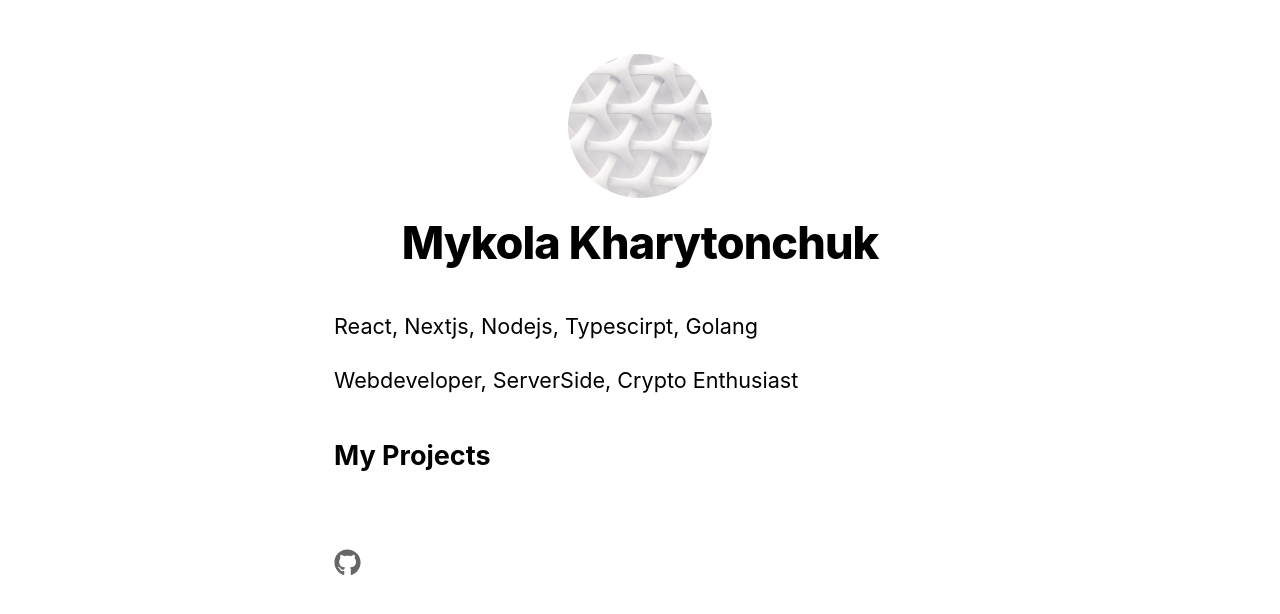
Repository: Mooninghnk/resume
Page: /
The author's editor kept a copy of each file at every save. The page is drawn from the files as they stood at one save, then again after the next save.
The browser window is 1280 px wide. The pictures show the whole page.
The project was rebuilt for these pictures with package versions that can differ from the ones it lists, and the page was loaded fresh each time. The framework's server and built-in components were replaced by stand-ins that run in the browser.

Above is the page before, as saved 2021-12-29 20:17:54.

### pages/_app.tsx
import '../styles/global.css'

import { AppProps } from 'next/app'

function App({ Component, pageProps }: AppProps) {
  return <Component {...pageProps} />
}

export default App

### pages/index.tsx
import Head from 'next/head'
import Layout from '../components/layout'
import utilStyles from '../styles/utils.module.css'

import {FaGithub } from 'react-icons/fa';
export default function Home({ allPostsData }) {
  return (
    <Layout home>
      <Head>
        <title>{"resume"}</title>
      </Head>
      <section className={utilStyles.headingMd}>
        <p>React, Nextjs, Nodejs, Typescirpt, Golang</p>
        <p>
         Webdeveloper, ServerSide, Crypto Enthusiast{' '}

        </p>
      </section>
      <section className={`${utilStyles.headingMd} ${utilStyles.padding1px}`}>
        <h2 className={utilStyles.headingLg}>My Projects</h2>
        <ul className={utilStyles.list}>

            <li className={utilStyles.listItem} >

              <br />
              <small className={utilStyles.lightText}>
              <h1><FaGithub /> </h1>
              </small>
            </li>

        </ul>
      </section>
    </Layout>
  )
}

### components/layout.tsx
import Head from 'next/head'
import Image from 'next/image'
import styles from './layout.module.css'
import utilStyles from '../styles/utils.module.css'
import Link from 'next/link'

const name = '[Your Name]'
export const siteTitle = 'Next.js Sample Website'

export default function Layout({ children, home }) {
  return (
    <div className={styles.container}>
      <Head>
        <link rel="icon" href="/favicon.ico" />
        <meta
          name="description"
          content="Learn how to build a personal website using Next.js"
        />
        <meta
          property="og:image"
          content={`https://og-image.vercel.app/${encodeURI(
            siteTitle
          )}.png?theme=light&md=0&fontSize=75px&images=https%3A%2F%2Fassets.zeit.co%2Fimage%2Fupload%2Ffront%2Fassets%2Fdesign%2Fnextjs-black-logo.svg`}
        />
        <meta name="og:title" content={siteTitle} />
        <meta name="twitter:card" content="summary_large_image" />
      </Head>
      <header className={styles.header}>
        {home ? (
          <>
            <Image
              priority
              src="/images/profile.jpg"
              className={utilStyles.borderCircle}
              height={144}
              width={144}
              alt={name}
            />
            <h1 className={utilStyles.heading2Xl}>{"Mykola Kharytonchuk"}</h1>
          </>
        ) : (
          <>
            <Link href="/">
              <a>
                <Image
                  priority
                  src="/images/profile.jpg"
                  className={utilStyles.borderCircle}
                  height={108}
                  width={108}
                  alt={name}
                />
              </a>
            </Link>
            <h2 className={utilStyles.headingLg}>
              <Link href="/">
                <a className={utilStyles.colorInherit}>{name}</a>
              </Link>
            </h2>
          </>
        )}
      </header>
      <main>{children}</main>
      {!home && (
        <div className={styles.backToHome}>
          <Link href="/">
            <a>← Back to home</a>
          </Link>
        </div>
      )}
    </div>
  )
}

Loaded but not shown: styles/global.css (common file); styles/utils.module.css (common file); components/layout.module.css (common file)

After the next save:
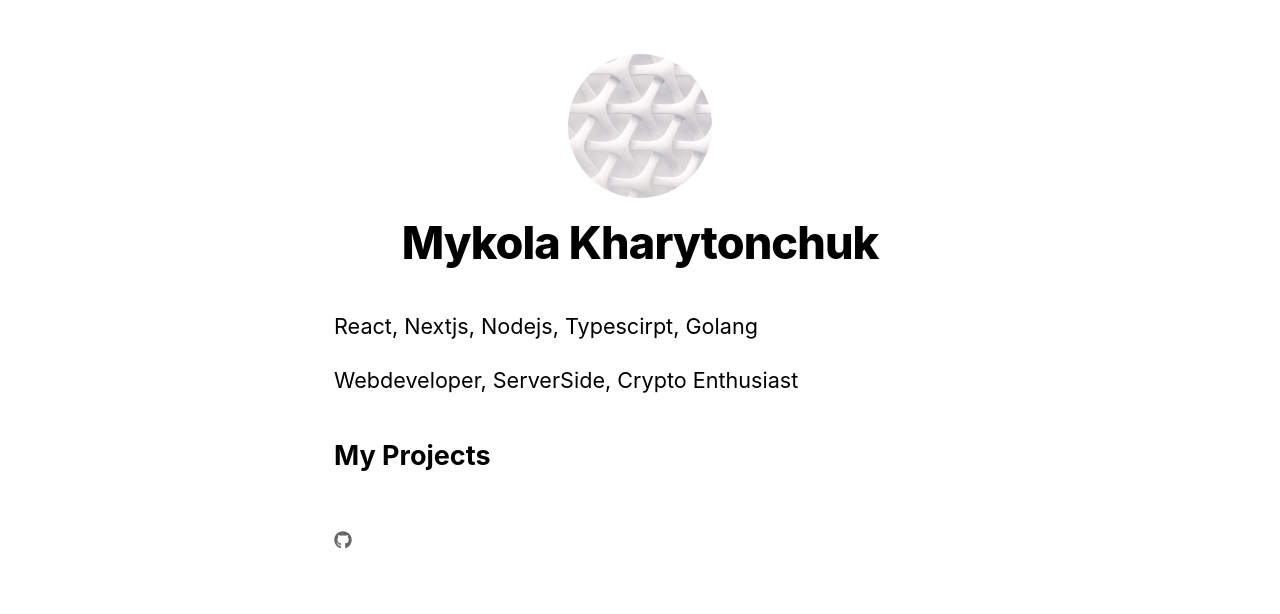
Saved 6 s later.
--- a/pages/index.tsx
+++ b/pages/index.tsx
@@ -24,7 +24,7 @@ export default function Home({ allPostsData }) {
 
               <br />
               <small className={utilStyles.lightText}>
-              <h1><FaGithub /> </h1>
+              <FaGithub />
               </small>
             </li>
 
